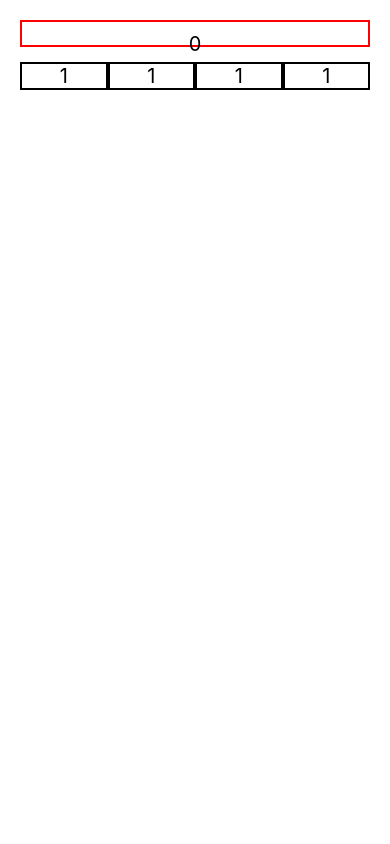
Repository: jeanphael/MyAppReact
Screen: /
These files come from the project's save history. The screen is drawn as it stood at one moment and after the next save; the edit follows.
The app was drawn by React Native's web renderer in a window 390 px wide. The project was rebuilt for these pictures with package versions that can differ from the ones it lists, and the page was loaded fresh each time. Some packages were replaced by stand-ins written for this rebuild.

Above is the screen before, as saved 2021-10-14 10:37:16.

### App.js
import React from 'react';
import { StyleSheet, Text, TouchableOpacity, View } from 'react-native';

export default class App extends React.Component {

  constructor(props) {
    super(props)

    //this.updateUserType = this.updateUserType.bind(this)
    this.state = {
      calculResult: 0,
    }
  }
  render() {
    return (
      <View style={{ margin: 20 }}>
        <View style={{ height: '30%', fontSize: 20, borderColor: 'red', borderWidth: 2, padding: 10 }}>
          <Text style={{ fontSize: 20, alignSelf: 'center' }}>
            {this.state.calculResult}
          </Text>
        </View>

        <View style={{ flexDirection: 'row', justifyContent: 'space-between',marginTop:15 }}>
          <TouchableOpacity style={{borderColor:'grew',borderWidth:2,flex:1}}>

            <Text style={{ fontSize: 20, alignSelf: 'center' }}>
              1
            </Text>
          </TouchableOpacity>
          <TouchableOpacity style={{borderColor:'grew',borderWidth:2,flex:1}}>

            <Text style={{ fontSize: 20, alignSelf: 'center' }}>
              1
            </Text>
          </TouchableOpacity>
          <TouchableOpacity style={{borderColor:'grew',borderWidth:2,flex:1}}>

            <Text style={{ fontSize: 20, alignSelf: 'center' }}>
              1
            </Text>
          </TouchableOpacity>
          <TouchableOpacity style={{borderColor:'grew',borderWidth:2,flex:1}}>

            <Text style={{ fontSize: 20, alignSelf: 'center' }}>
              1
            </Text>
          </TouchableOpacity>
        </View>
      </View>

    )
  }
}

Loaded but not shown: index.js (common file)

After the next save:
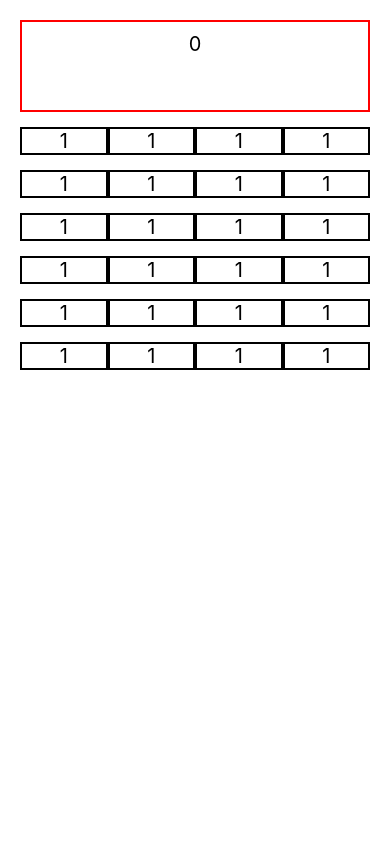
Saved 32 s later.
--- a/App.js
+++ b/App.js
@@ -46,6 +46,136 @@ export default class App extends React.Component {
             </Text>
           </TouchableOpacity>
         </View>
+        <View style={{ flexDirection: 'row', justifyContent: 'space-between',marginTop:15 }}>
+          <TouchableOpacity style={{borderColor:'grew',borderWidth:2,flex:1}}>
+
+            <Text style={{ fontSize: 20, alignSelf: 'center' }}>
+              1
+            </Text>
+          </TouchableOpacity>
+          <TouchableOpacity style={{borderColor:'grew',borderWidth:2,flex:1}}>
+
+            <Text style={{ fontSize: 20, alignSelf: 'center' }}>
+              1
+            </Text>
+          </TouchableOpacity>
+          <TouchableOpacity style={{borderColor:'grew',borderWidth:2,flex:1}}>
+
+            <Text style={{ fontSize: 20, alignSelf: 'center' }}>
+              1
+            </Text>
+          </TouchableOpacity>
+          <TouchableOpacity style={{borderColor:'grew',borderWidth:2,flex:1}}>
+
+            <Text style={{ fontSize: 20, alignSelf: 'center' }}>
+              1
+            </Text>
+          </TouchableOpacity>
+        </View>
+        <View style={{ flexDirection: 'row', justifyContent: 'space-between',marginTop:15 }}>
+          <TouchableOpacity style={{borderColor:'grew',borderWidth:2,flex:1}}>
+
+            <Text style={{ fontSize: 20, alignSelf: 'center' }}>
+              1
+            </Text>
+          </TouchableOpacity>
+          <TouchableOpacity style={{borderColor:'grew',borderWidth:2,flex:1}}>
+
+            <Text style={{ fontSize: 20, alignSelf: 'center' }}>
+              1
+            </Text>
+          </TouchableOpacity>
+          <TouchableOpacity style={{borderColor:'grew',borderWidth:2,flex:1}}>
+
+            <Text style={{ fontSize: 20, alignSelf: 'center' }}>
+              1
+            </Text>
+          </TouchableOpacity>
+          <TouchableOpacity style={{borderColor:'grew',borderWidth:2,flex:1}}>
+
+            <Text style={{ fontSize: 20, alignSelf: 'center' }}>
+              1
+            </Text>
+          </TouchableOpacity>
+        </View>
+        <View style={{ flexDirection: 'row', justifyContent: 'space-between',marginTop:15 }}>
+          <TouchableOpacity style={{borderColor:'grew',borderWidth:2,flex:1}}>
+
+            <Text style={{ fontSize: 20, alignSelf: 'center' }}>
+              1
+            </Text>
+          </TouchableOpacity>
+          <TouchableOpacity style={{borderColor:'grew',borderWidth:2,flex:1}}>
+
+            <Text style={{ fontSize: 20, alignSelf: 'center' }}>
+              1
+            </Text>
+          </TouchableOpacity>
+          <TouchableOpacity style={{borderColor:'grew',borderWidth:2,flex:1}}>
+
+            <Text style={{ fontSize: 20, alignSelf: 'center' }}>
+              1
+            </Text>
+          </TouchableOpacity>
+          <TouchableOpacity style={{borderColor:'grew',borderWidth:2,flex:1}}>
+
+            <Text style={{ fontSize: 20, alignSelf: 'center' }}>
+              1
+            </Text>
+          </TouchableOpacity>
+        </View>
+        <View style={{ flexDirection: 'row', justifyContent: 'space-between',marginTop:15 }}>
+          <TouchableOpacity style={{borderColor:'grew',borderWidth:2,flex:1}}>
+
+            <Text style={{ fontSize: 20, alignSelf: 'center' }}>
+              1
+            </Text>
+          </TouchableOpacity>
+          <TouchableOpacity style={{borderColor:'grew',borderWidth:2,flex:1}}>
+
+            <Text style={{ fontSize: 20, alignSelf: 'center' }}>
+              1
+            </Text>
+          </TouchableOpacity>
+          <TouchableOpacity style={{borderColor:'grew',borderWidth:2,flex:1}}>
+
+            <Text style={{ fontSize: 20, alignSelf: 'center' }}>
+              1
+            </Text>
+          </TouchableOpacity>
+          <TouchableOpacity style={{borderColor:'grew',borderWidth:2,flex:1}}>
+
+            <Text style={{ fontSize: 20, alignSelf: 'center' }}>
+              1
+            </Text>
+          </TouchableOpacity>
+        </View>
+        <View style={{ flexDirection: 'row', justifyContent: 'space-between',marginTop:15 }}>
+          <TouchableOpacity style={{borderColor:'grew',borderWidth:2,flex:1}}>
+
+            <Text style={{ fontSize: 20, alignSelf: 'center' }}>
+              1
+            </Text>
+          </TouchableOpacity>
+          <TouchableOpacity style={{borderColor:'grew',borderWidth:2,flex:1}}>
+
+            <Text style={{ fontSize: 20, alignSelf: 'center' }}>
+              1
+            </Text>
+          </TouchableOpacity>
+          <TouchableOpacity style={{borderColor:'grew',borderWidth:2,flex:1}}>
+
+            <Text style={{ fontSize: 20, alignSelf: 'center' }}>
+              1
+            </Text>
+          </TouchableOpacity>
+          <TouchableOpacity style={{borderColor:'grew',borderWidth:2,flex:1}}>
+
+            <Text style={{ fontSize: 20, alignSelf: 'center' }}>
+              1
+            </Text>
+          </TouchableOpacity>
+        </View>
       </View>
 
     )
